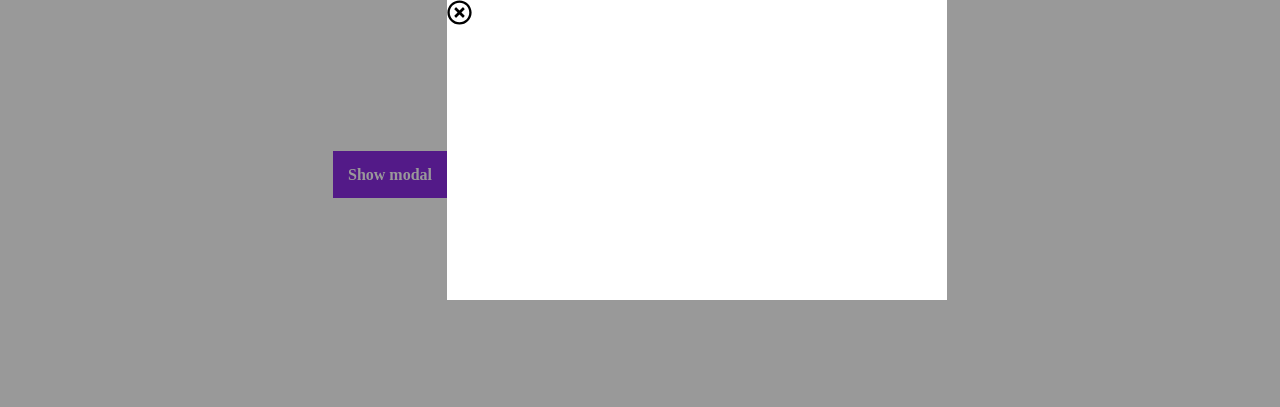
Repository: AnhTuan191298/sent-file-hoang
Page: js_modal/index.html
The author's editor kept a copy of each file at every save. The page is drawn from the files as they stood at one save, then again after the next save.
The browser window is 1280 px wide. The pictures show the whole page.

Above is the page before, as saved 2021-02-01 13:57:15.

After the next save:
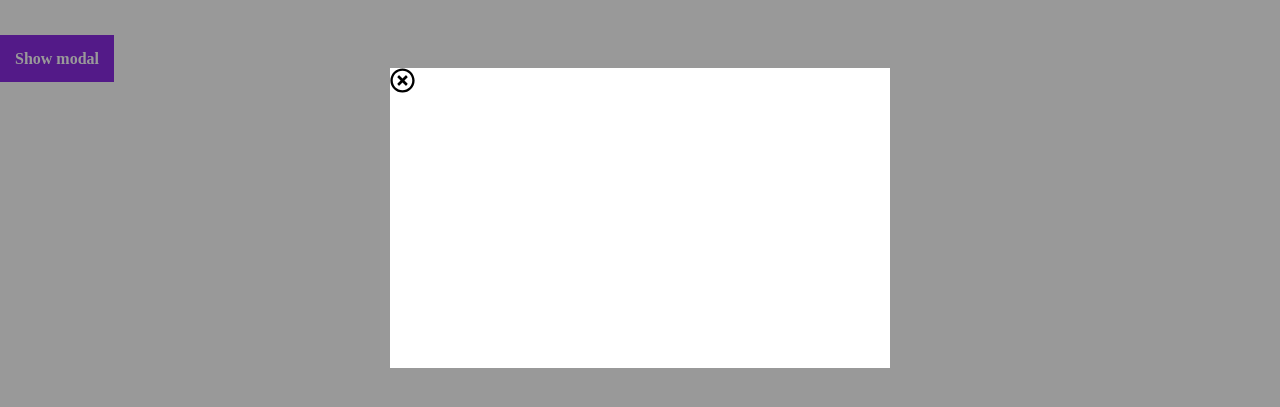
Saved 22 s later.
--- a/js_modal/index.html
+++ b/js_modal/index.html
@@ -8,11 +8,6 @@
         * {
             margin: 0;
             padding: 0;
-        }
-        body {
-            display: flex;
-            justify-content: center;
-            align-items: center;
         }
         .modal {
             margin-top: 50px;
